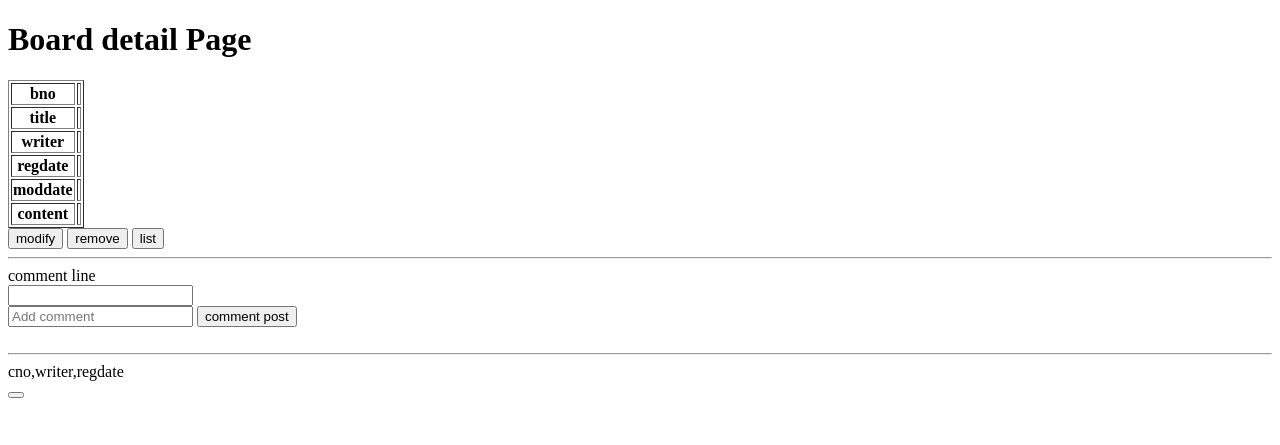
Repository: hwimi/2024-04-12-01
Page: http://localhost/jsp_study/board/detail.jsp
The author's editor kept a copy of each file at every save. The page is drawn from the files as they stood at one save, then again after the next save.
The browser window is 1280 px wide. The pictures show the whole page.
The page is served by Tomcat 9. The template is opened directly, without the code that normally fills it, so the values that code supplies are empty.

Above is the page before, as saved 2024-04-18 01:42:47.

After the next save:
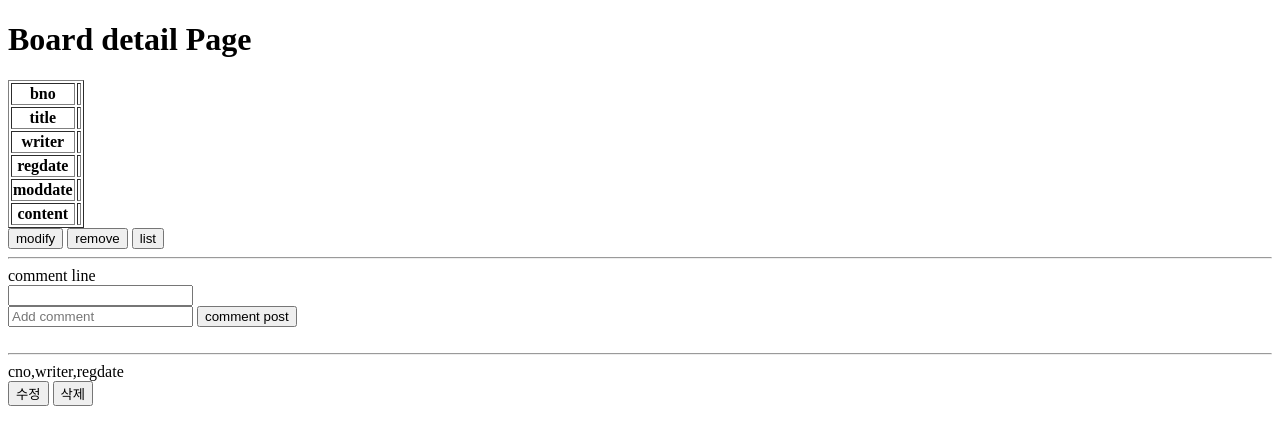
Saved 13 s later.
--- a/jsp_study/src/main/webapp/board/detail.jsp
+++ b/jsp_study/src/main/webapp/board/detail.jsp
@@ -59,7 +59,7 @@
  	 <div>
  		<div>cno,writer,regdate</div>
  		<div>
- 			<button></button>
+ 			<button>수정</button> <button>삭제</button>
  		</div>
 	 </div>
  </div>
